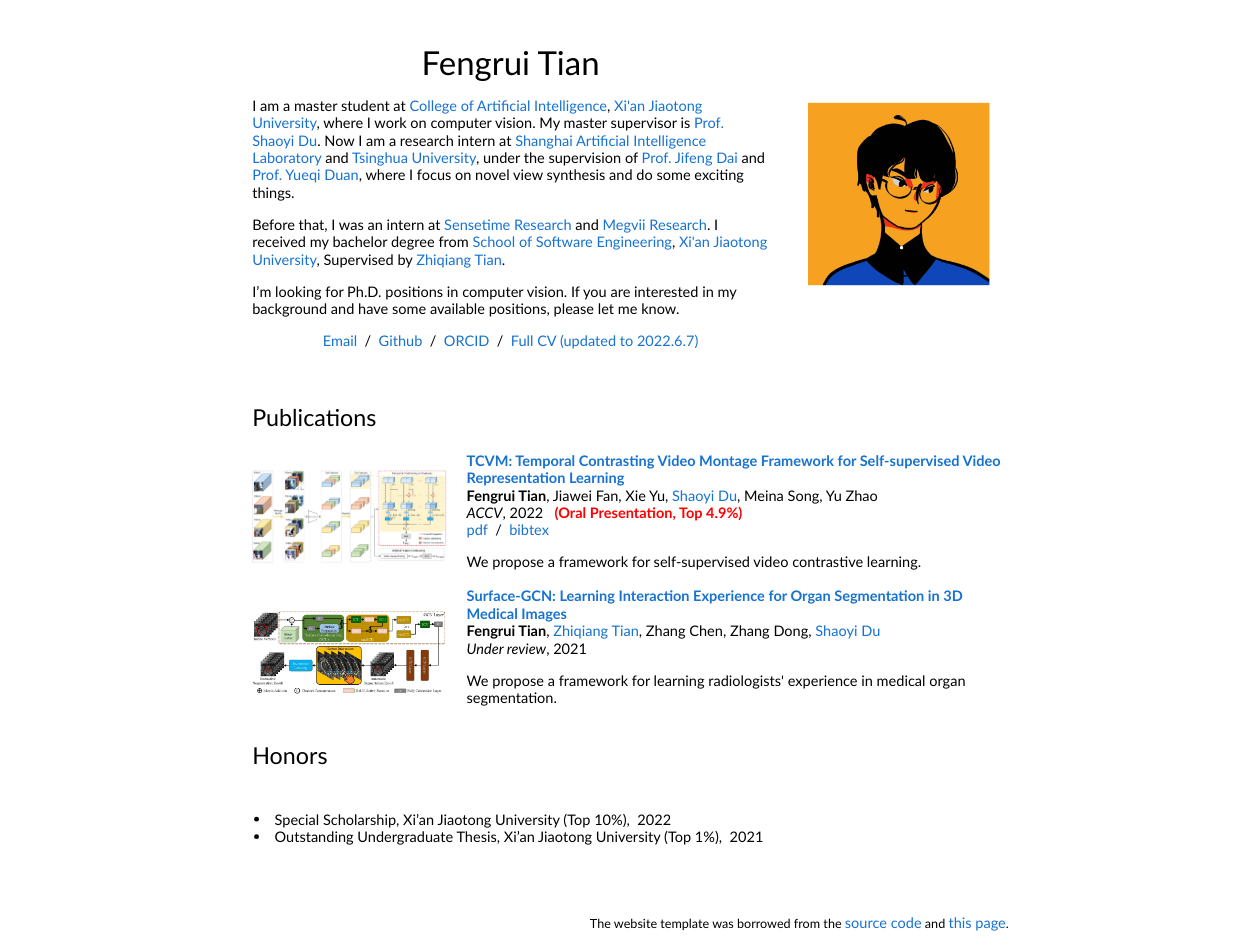
Repository: tianfr/tianfr.github.io
Page: index.html
An editor plug-in stored every save of this project. The page is shown before and after the next save, followed by the edit.
The browser window is 1280 px wide. The pictures show the whole page, at 97% of full size.

Above is the page before, as saved 2022-11-20 16:48:01.

After the next save:
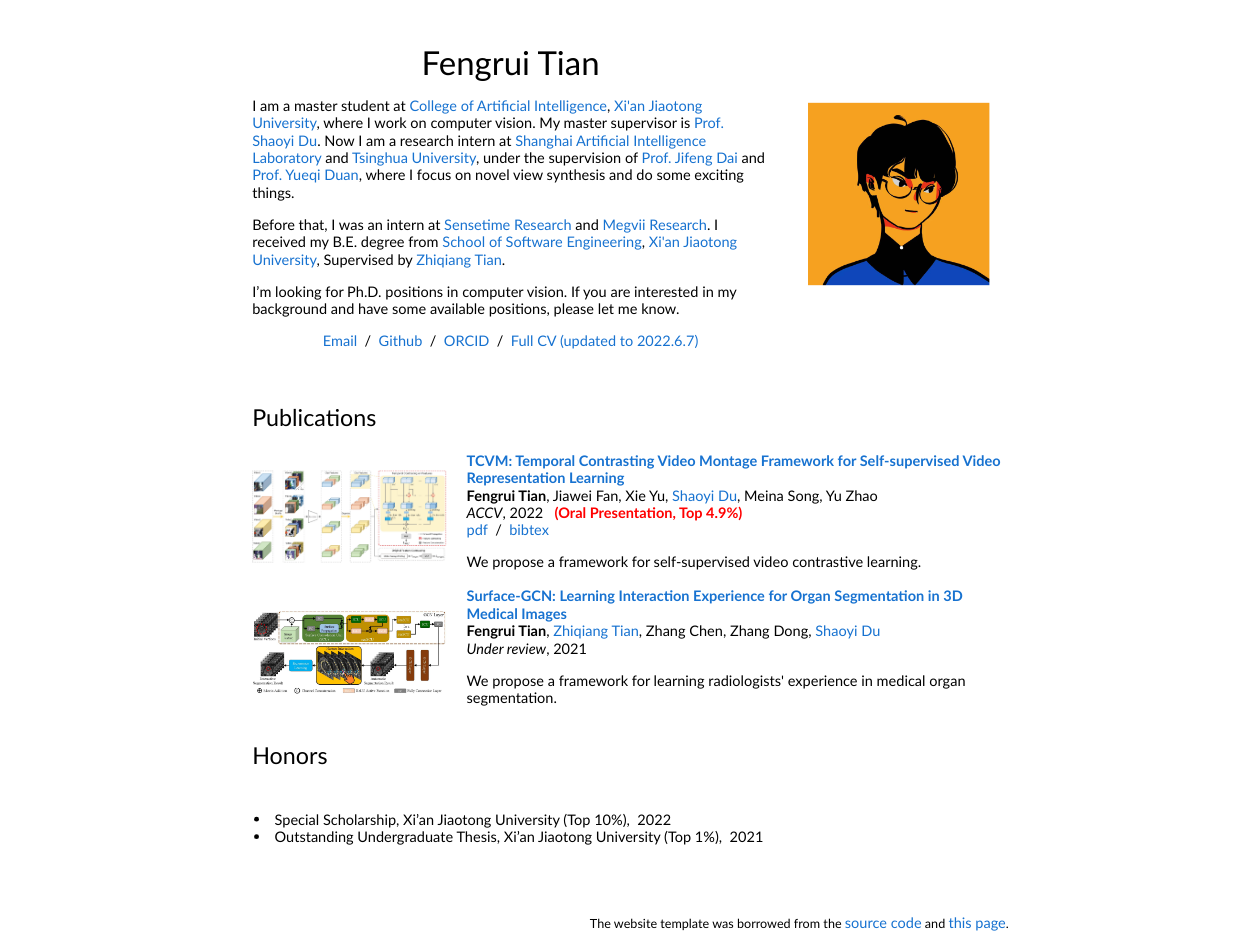
Saved 5 min 34 s later.
--- a/index.html
+++ b/index.html
@@ -26,7 +26,7 @@
               <p>I am a master student at <a href="http://iair.xjtu.edu.cn/">College of Artificial Intelligence</a>, <a href="http://www.xjtu.edu.cn/">Xi'an Jiaotong University</a>, where I work on computer vision. My master supervisor is <a href="https://gr.xjtu.edu.cn/en/web/dushaoyi/home">Prof. Shaoyi Du</a>. Now I am a research intern at <a href="https://www.shlab.org.cn/">Shanghai Artificial Intelligence Laboratory</a> and <a href="https://www.tsinghua.edu.cn/">Tsinghua University</a>, under the supervision of <a href="https://jifengdai.org/">Prof. Jifeng Dai</a> and  <a href="https://duanyueqi.github.io/">Prof. Yueqi Duan</a>, where I focus on novel view synthesis and do some exciting things.
               </p>
               <p> Before that, I was an intern at <a href="https://www.sensetime.com/">Sensetime Research</a> and
-                <a href="https://www.megvii.com/">Megvii Research</a>. I received my bachelor degree from  <a href="https://blog.google/products/google-ar-vr/introducing-next-generation-jump/">School of Software Engineering</a>, <a href="http://www.xjtu.edu.cn/">Xi'an Jiaotong University</a>, Supervised by <a href="https://gr.xjtu.edu.cn/en/web/zhiqiangtian/home">Zhiqiang Tian</a>.
+                <a href="https://www.megvii.com/">Megvii Research</a>. I received my B.E. degree from  <a href="https://blog.google/products/google-ar-vr/introducing-next-generation-jump/">School of Software Engineering</a>, <a href="http://www.xjtu.edu.cn/">Xi'an Jiaotong University</a>, Supervised by <a href="https://gr.xjtu.edu.cn/en/web/zhiqiangtian/home">Zhiqiang Tian</a>.
               </p>
               <p>  I’m looking for Ph.D. positions in computer vision. If you are interested in my background and have some available positions, please let me know.
               </p>
